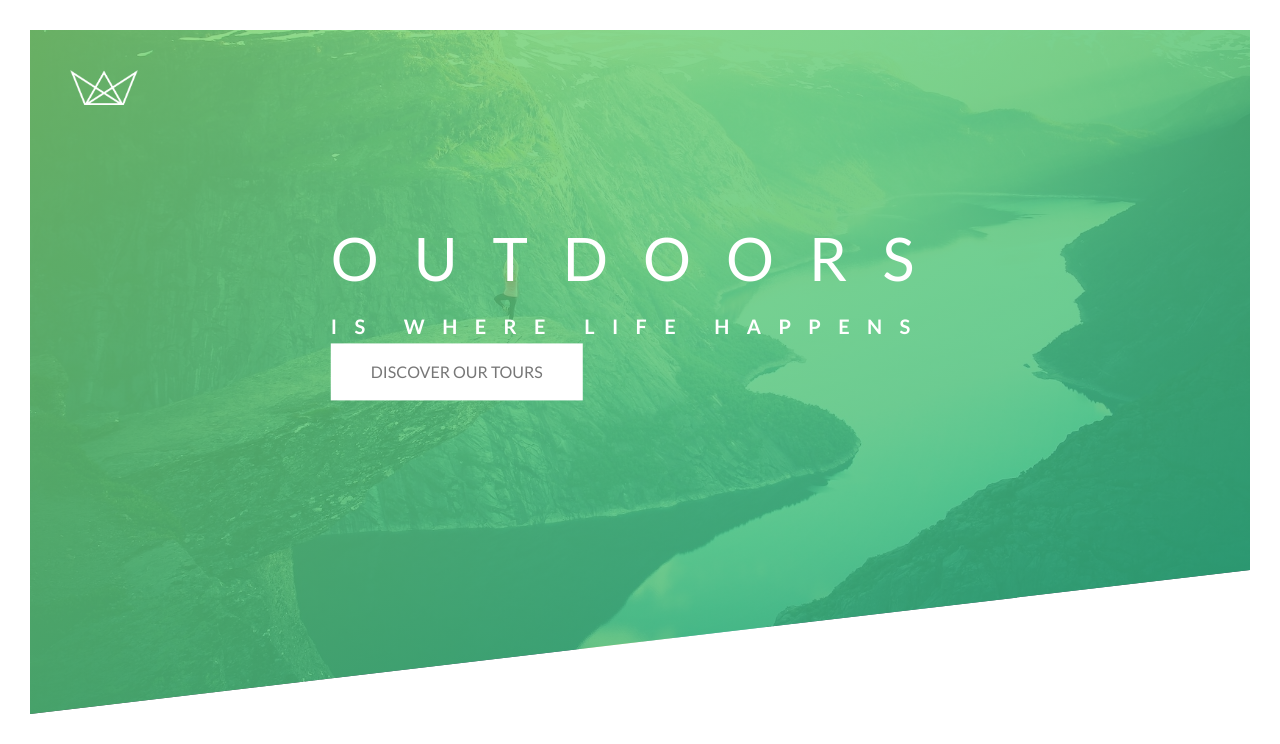
Repository: MalgorzataMazur/Natours
Page: index.html
These files come from the project's save history. The page is drawn as it stood at one moment and after the next save; the edit follows.
The browser window is 1280 px wide. The pictures show the whole page.

Above is the page before, as saved 2020-01-13 00:07:16.

After the next save:
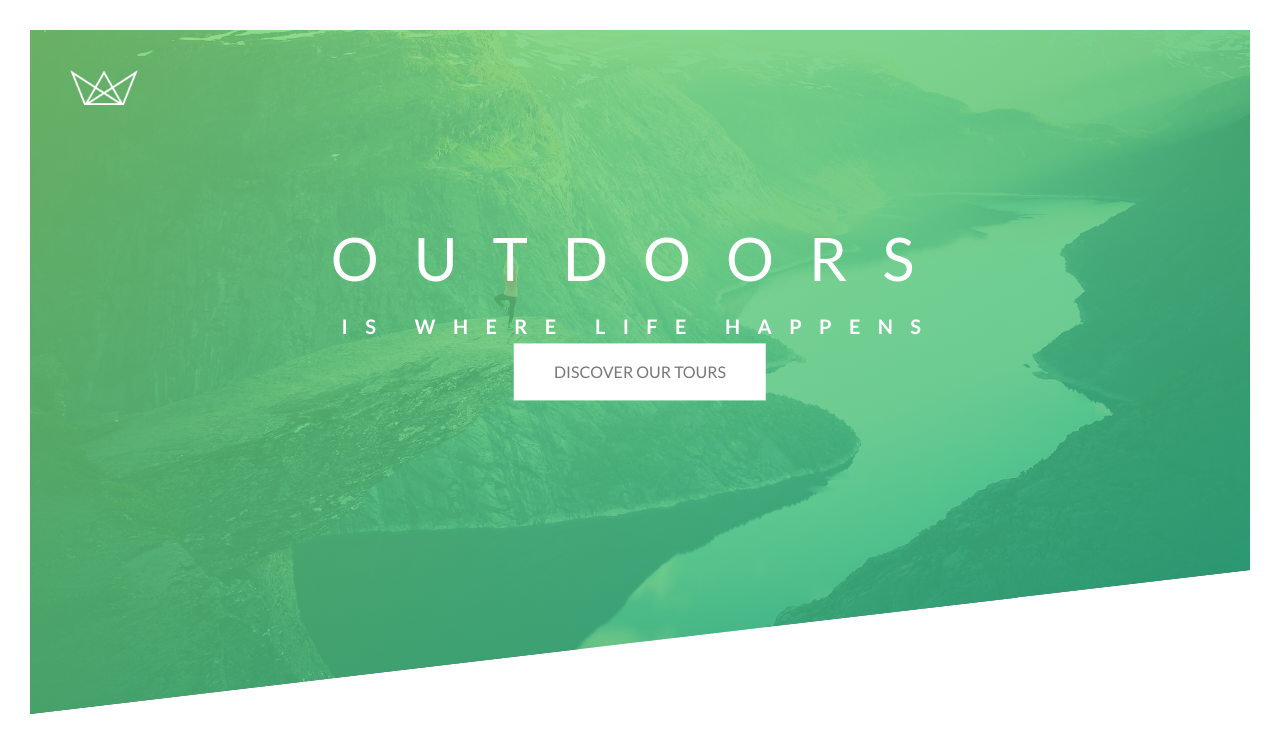
Saved 3 min 8 s later.
--- a/css/style.css
+++ b/css/style.css
@@ -53,6 +53,7 @@ body {
     top: 40%;                          /* top&left they're in relation to the parent element  */
     left: 50%;
     transform: translate(-50%, -50%);         /*translation  is in relation to the elemnet itself; header promary I mean an element to be centered we have to shifted 50% of height and width of element not parent */
+    text-align: center;
 }
 
 .heading-primary {
@@ -125,7 +126,7 @@ body {
     text-transform: uppercase;
     text-decoration: none;
     padding: 15px 40px;
-    display: inline-block;
+    display: inline-block;              /* if specufypadding, width, height of elemet thay sholud be display as a inline-block */
 }
 
 .btn-white {
